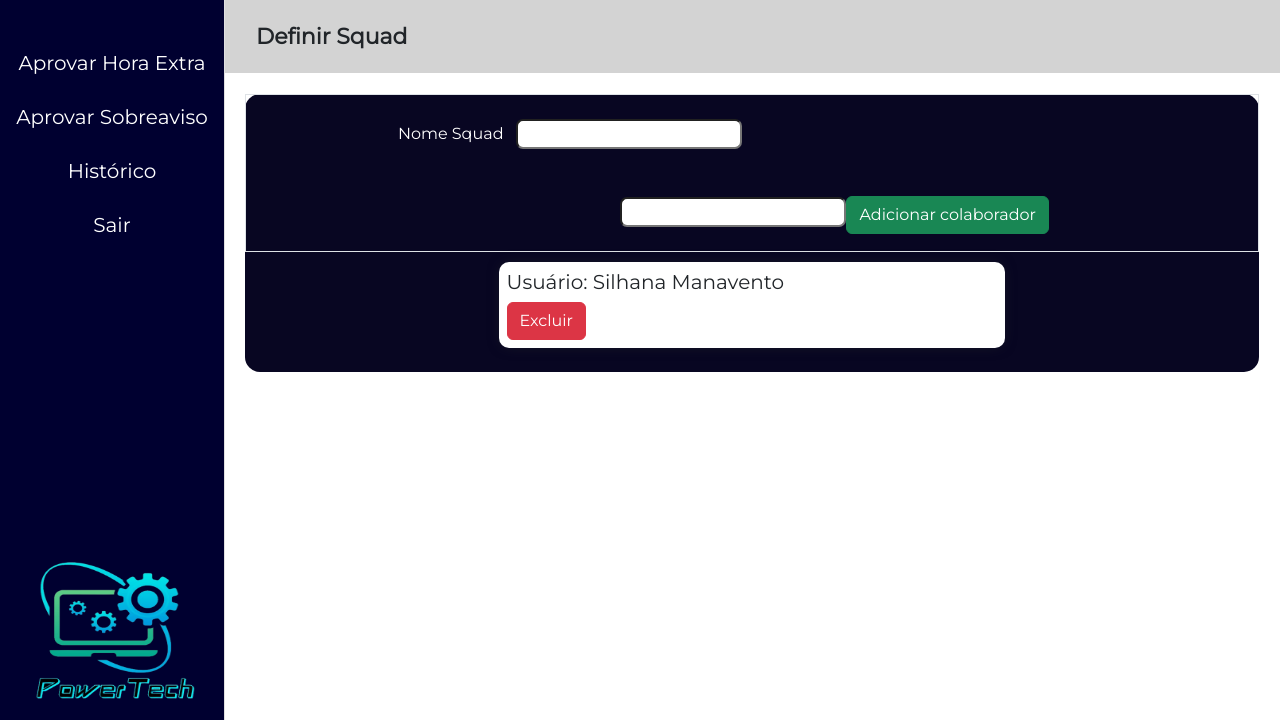
Repository: PowerTech-Fatec/API-2RP-NET
Page: /adm/squad (app in Sprint 3/2rp-web/)
These files come from the project's save history. The page is drawn as it stood at one moment and after the next save; the edit follows.
The browser window is 1280 px wide. The pictures show the whole page.
The project was rebuilt for these pictures with package versions that can differ from the ones it lists, and the page was loaded fresh each time. Also part of the build but not shown: Sprint 3/2rp-web/src/pages/login/login.js, Sprint 3/2rp-web/src/pages/home/dashboard.js, Sprint 3/2rp-web/src/pages/home/sobreaviso/sobreaviso.css, Sprint 3/2rp-web/src/pages/home/sobreaviso/sobreaviso.js, Sprint 3/2rp-web/src/pages/home/hora-extra/hora-extra.css, Sprint 3/2rp-web/src/pages/home/hora-extra/hora-extra.js, Sprint 3/2rp-web/src/components/cards/Cards.js, Sprint 3/2rp-web/src/pages/home/gestor/aprovar-hora-extra/gestor.js and 3 more.

Above is the page before, as saved 2022-11-02 16:29:39.

### Sprint 3/2rp-web/src/index.js
import React from 'react';
import ReactDOM from 'react-dom/client';
import './index.css';
import App from './App';
import reportWebVitals from './reportWebVitals';
import { BrowserRouter } from 'react-router-dom';
import 'bootstrap/dist/css/bootstrap.min.css';
import 'bootstrap-icons/font/bootstrap-icons.css';

import Popper from '@popperjs/core';
import 'bootstrap/dist/js/bootstrap.bundle.min';

const root = ReactDOM.createRoot(document.getElementById('root'));
root.render(
  <BrowserRouter>
    <App />
  </BrowserRouter>
);

// If you want to start measuring performance in your app, pass a function
// to log results (for example: reportWebVitals(console.log))
// or send to an analytics endpoint. Learn more: https://bit.ly/CRA-vitals
reportWebVitals();

### Sprint 3/2rp-web/src/App.js
import React from 'react'
import './App.css';
import { Routes, Route } from 'react-router-dom'
import Login from './pages/login/login'
import Dashboard from './pages/home/dashboard'
import Sobreaviso from './pages/home/sobreaviso/sobreaviso'
import HoraExtra from './pages/home/hora-extra/hora-extra'
import Gestor from './pages/home/gestor/aprovar-hora-extra/gestor'
import GestorSobreaviso from './pages/home/gestor/aprovar-sobreaviso/gestor-sobreaviso'
import GestorHistorico from './pages/home/gestor/historico/gestor-historico'
import Squad from './pages/home/adm/squad/def-squad'

function App() {
  return (
    <Routes>
      <Route path='/login' element={<Login />} />
      <Route path='/dashboard' element={<Dashboard />} />
      <Route path='/horaextra' element={<HoraExtra />} />
      <Route path='/sobreaviso' element={<Sobreaviso />} />
      <Route path='/gestor' element={<Gestor />} />
      <Route path='/gestor-sobreaviso' element={<GestorSobreaviso />} />
      <Route path='/gestor-historico' element={<GestorHistorico />} />
      <Route path='/adm/squad' element={<Squad />} />
      <Route path='*' element={<Login />} />
    </Routes>

  );
}

export default App;

### Sprint 3/2rp-web/src/App.css
@font-face {
    font-family: 'Montserrat';
    src: url(./assets/fonts/Montserrat-Regular.ttf);
}

*{
    font-family: 'Montserrat';
}

.ml-1{margin-left: 0.25rem;}
.ml-2{margin-left: 0.5rem;}
.ml-3{margin-left: 0.75rem;}
.ml-4{margin-left: 1rem;}
.ml-5{margin-left: 1.25rem;}

### Sprint 3/2rp-web/src/pages/home/adm/squad/def-squad.js
import Sidebar from "../../../../components/sidebar"
import Header from "../../../../components/header/header";
import Card from "../../../../components/cards/Squad"
import './def-squad.css'

import React, { Component, useEffect, useState } from 'react';


function Squad() {
    return (
        <Sidebar>
          <Header nome="Definir Squad"></Header>

          {/* linha 1: solitações, filtro */}
          <div className="background d-flex flex-column aling-itens-center">

            <div>
            <div className="border col-12">
            <span className="soli">
            <label className="font">Nome Squad</label> <input className="squad-name mt-4 mb-4 ml-2"></input>
            </span>




            <span className="filtroLabel">
            <input className="squad-name mt-4 mb-4"></input><button type="button" class="btn btn-success mt-1">Adicionar colaborador</button>
            </span>
            </div>


            {/* card info hora extra */}
            <div className="d-flex flex-column aling-itens-center">
            <Card
              Usuario = " Silhana Manavento"
            />

            </div>


            </div>

          </div>
        </Sidebar>
    )
}

export default Squad

### Sprint 3/2rp-web/src/pages/login/login.css
.login{
    background: #090d23
    ;
}
.fundo{
    background-color: #090d23;
    width: 300px;
    height: 50px;
    color: #fff;
}
.fundoback{
    background-color: #262d28;
}
.fundocolor{
    background-color: #090d23;
}
.background{
    background-color: #9A9696;
}
.height{
    height: 100vh;

}
.tpm{
    margin-top: 150px;
}
.input{
    width: 350px;
    height: 40px;
}
.marg{
    margin-top: 100px;
    margin-left: 180px;
}
.svg{
    margin-top: 3px;
}

### Sprint 3/2rp-web/src/components/sidebar.js
import { Drawer, useTheme } from '@mui/material'
import { Box } from '@mui/system'
import './Sidebar.css'
import { Link } from 'react-router-dom'

import React from 'react'

function Sidebar({ children }) {
    const theme = useTheme();




    return (
        <>

            <Drawer variant='permanent'>
                <Box width={theme.spacing(28)} height={theme.spacing(100)} className ='side-bar  '>
                     <div className='texto mt-5'>

                                {/* <Link to='/dashboard' className ='side-links mt-4'>
                                    Dashboard
                                </Link>
                                <Link to='/horaextra' className ='side-links mt-4'>
                                    Apontar Hora Extra
                                </Link>
                                <Link to='/sobreaviso' className ='side-links mt-4' >
                                    Apontar Sobreaviso
                                </Link> */}

                                {/* Associar a lista de link */}
                                {/* <Link to='/gestor-dashboard' className ='side-links mt-4' >
                                    Dashboard
                                </Link> */}
                                <Link to='/gestor' className ='side-links mt-4' >
                                        Aprovar Hora Extra
                                </Link>
                                <Link to='/gestor-sobreaviso' className ='side-links mt-4' >
                                    Aprovar Sobreaviso
                                </Link>
                                <Link to='/gestor-historico' className ='side-links mt-4' >
                                    Histórico
                                </Link>


                                <Link to='/login' className ='side-links mt-4' >
                                    Sair
                                </Link>

                    </div>
                    <div className='footer'>
                        <img src={require('../assets/powertech.png')} height='140px' width='160px' />
                    </div>
                </Box>
            </Drawer>

            <Box height="100vh" marginLeft={theme.spacing(28)}>
                {children}
            </Box>
        </>
    );
}

export default Sidebar

### Sprint 3/2rp-web/src/components/header/header.js
import './header.css'

import React from 'react'

function Header(props) {

    return (
        <>
            <div className='bg-title'>
                <span className='title'>{props.nome}</span>
            </div>
        </>
    );
}

export default Header

### Sprint 3/2rp-web/src/pages/home/gestor/aprovar-hora-extra/gestor.css
.background{
    margin-top: 2%;
    margin-left: 2%;
    margin-right: 2%;
    border-radius: 15px;

    background-color: #080622;
}

/* .filtro{
    width: 20%;
} */

/* /* .soli{
    margin-left: 15%;
} */

.filtroLabel{
    margin-left: 37%;
} */

.font{
    color: white;
}

### Sprint 3/2rp-web/src/pages/home/gestor/aprovar-sobreaviso/gestor-sobreaviso.css
.background{
    margin-top: 2%;
    margin-left: 2%;
    margin-right: 2%;
    border-radius: 15px;

    background-color: #080622;
}

.filtro{
    width: 20%;
}

.soli{
    margin-left: 15%;
}

.filtroLabel{
    margin-left: 37%;
}

.font{
    color: white;
}

### Sprint 3/2rp-web/src/pages/home/gestor/historico/gestor-historico.css
.background{
    margin-top: 2%;
    margin-left: 2%;
    margin-right: 2%;
    border-radius:   15px;

    background-color: #080622;
}

.filtro{
    width: 20%;
}

.soli{
    margin-left: 15%;
}

.filtroLabel{
    margin-left: 37%;
}

.font{
    color: white;
}

### Sprint 3/2rp-web/src/components/cards/Squad.js
import React from "react";
import './Squad.css'

function Card(props) {
    return(
        <div className="card-container mb-4 col-6 offset-3">
            <div className="card-content">

            <div className="card-title ml-2 mt-2">
                <span>
                <h5>Usuário: {props.Usuario}</h5>
                <button type="button" class="btn btn-danger mb-2">Excluir</button>
                </span>
            </div>

            </div>

        </div>
    )
}

export default Card

### Sprint 3/2rp-web/src/pages/home/adm/squad/def-squad.css
.background{
    margin-top: 2%;
    margin-left: 2%;
    margin-right: 2%;
    border-radius: 15px;

    background-color: #080622;
}

.filtro{
    width: 20%;
}

.soli{
    margin-left: 15%;
}

.filtroLabel{
    margin-left: 37%;
}

.font{
    color: white;
}

.squad-name{
    border-radius: 7px;
}

### Sprint 3/2rp-web/src/components/Sidebar.css
.side-links {
    color: #fff;
    text-decoration: none;
    font-size: 20px;
    display: flex;
    justify-content: center;
}

.side-bar {
    background-color: #000030;
}

.footer{
    margin-bottom: 20px;
    margin-left: 35px;
    position: absolute;
    bottom: 0;
}

### Sprint 3/2rp-web/src/components/header/header.css
.bg-title{
    background-color: lightgray;
    padding: 20px 0px;
}

.title{
    font-size: 22px;
    font-weight: bold;
    margin-left: 2rem;
}

### Sprint 3/2rp-web/src/components/cards/Cards.css
.card-container{
    width: 900px;
    overflow: hidden;
    box-shadow: 0px 0px 15px -5px;
    border-radius: 10px;
    /* margin-left: 15%; */
    margin-top: 10px;

    background-color: white;
}

### Sprint 3/2rp-web/src/components/cards/Squad.css
.card-container{
    width: 600px;
    overflow: hidden;
    box-shadow: 0px 0px 15px -5px;
    border-radius: 10px;
    /* margin-left: 15%; */
    margin-top: 10px;

    background-color: white;
}

Loaded but not shown: Sprint 3/2rp-web/public/index.html (common file); Sprint 3/2rp-web/src/index.css (common file); Sprint 3/2rp-web/src/reportWebVitals.js (common file)

After the next save:
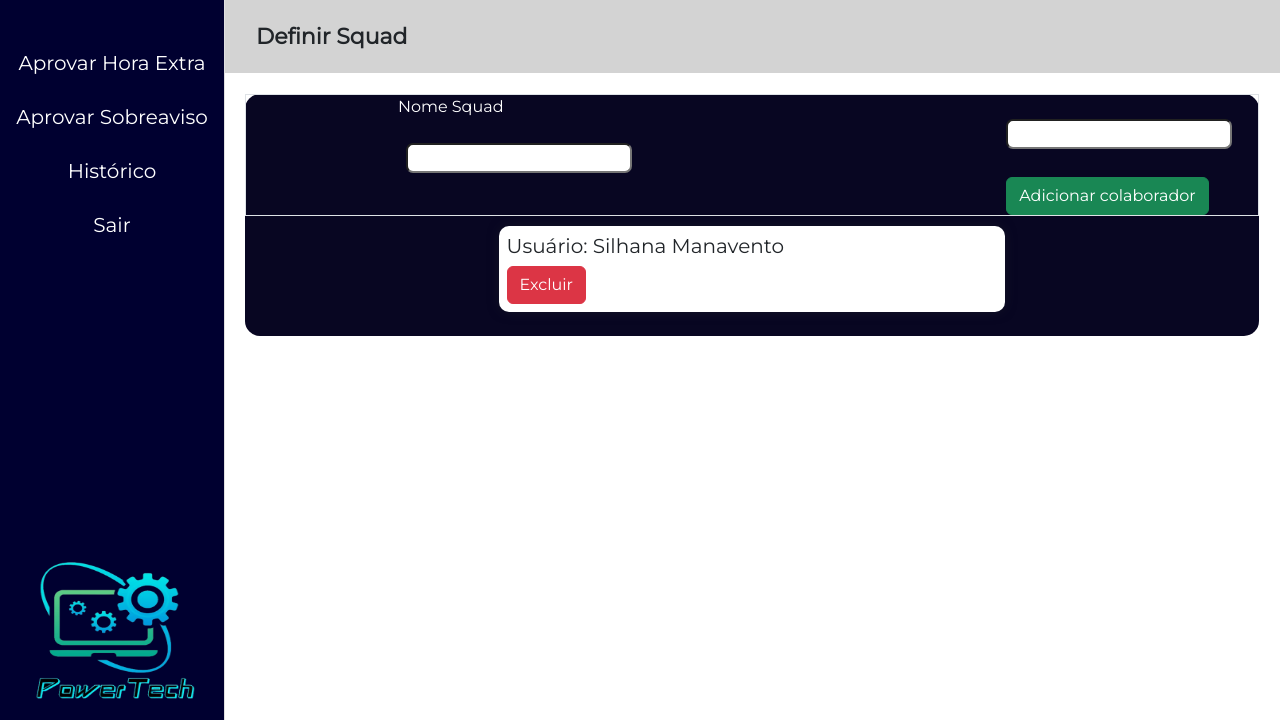
Saved 49 s later.
--- a/Sprint 3/2rp-web/src/pages/home/adm/squad/def-squad.js
+++ b/Sprint 3/2rp-web/src/pages/home/adm/squad/def-squad.js
@@ -15,7 +15,7 @@ function Squad() {
           <div className="background d-flex flex-column aling-itens-center">
 
             <div>
-            <div className="border col-12">
+            <div className="border col-12 d-flex justify-content-around">
             <span className="soli">
             <label className="font">Nome Squad</label> <input className="squad-name mt-4 mb-4 ml-2"></input>
             </span>
